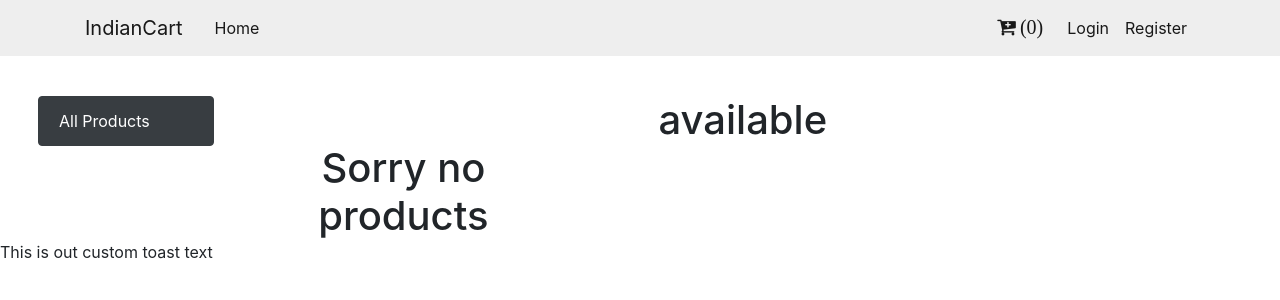
Repository: neerajchavan/E-Commerce-Project
Page: http://localhost/E-Commerce-Project/index.jsp?category=all
These files come from the project's save history. The page is drawn as it stood at one moment and after the next save; the edit follows.
The browser window is 1280 px wide. The pictures show the whole page.
Some web libraries are served in a nearby version. The page is served by Tomcat 9. Other server files are loaded and not shown. Queries for data that is not in the repository find no rows.

Above is the page before, as saved 2020-10-24 04:57:48.

### E-Commerce-Project/WebContent/index.jsp
<%@ page language="java" contentType="text/html; charset=UTF-8"
	pageEncoding="UTF-8"%>
<%@page import="com.IndianCart.Model.*"%>
<%@page import="com.IndianCart.Dao.ProductDao"%>
<%@page import="com.IndianCart.Dao.CategoryDao"%>
<%@page import="com.IndianCart.Helper.*"%>
<%@page import="java.util.List"%>
<!DOCTYPE html>
<html>

<head>
<meta charset="UTF-8">
<title>Insert title here</title>
<%@include file="Components/Common_JS_CSS.jsp"%>

</head>

<body>
	<%@include file="Components/navbar.jsp"%>
	<div class="container-fluid">
		<div class="row mt-3 mx-2">

			<%
				String cat = request.getParameter("category");

				List<CategoryBean> catList = CategoryDao.getCategory();
				List<ProductBean> product = null;

				if (cat == null || cat.trim().equals("all")) {
					product = ProductDao.getAllProducts();
				} else {
					product = ProductDao.getProductsById(Integer.parseInt(cat.trim()));
				}
			%>

			<!-- Categories -->
			<div class="col-md-2">

				<div class="list-group mt-4">
					<a href="index.jsp?category=all"
						class="list-group-item list-group-item-action list-group-item-secondary <%if (cat == null || cat.trim().equals("all")) {%>active<%}%>">
						All Products </a>

					<%
						for (CategoryBean category : catList) {
					%>
					<a href="index.jsp?category=<%=category.getCategoryId()%>"
						class="list-group-item list-group-item-action list-group-item-secondary

						<%boolean b = CategoryActiveHelper.setActiveClass(cat, category.getCategoryId());
						if(b){%>active<%}%>

						">
						<%=category.getCategoryTitle()%>
					</a>
					<%
						}
					%>

				</div>


			</div>


			<!-- Products -->
			<div class="col-md-10">
				<div class="row mt-4">
					<div class="col-md-12">
						<div class="card-columns">
							<%
								if (product.size() == 0) {
									out.println("<h1 class='text-center mt-5'>Sorry no products available</h1>");
								}
							%>


							<%
								for (ProductBean prod : product) {
							%>

							<div class="card">

								<div class="container text-center">
									<img class="card-img-top m-2"
										style="max-height: 140px; max-width: 100%; width: auto;"
										src="Images/Products-img/<%=prod.getProdPic()%>"
										alt="Product Image">
								</div>


								<div class="card-body">
									<h5 class="card-title"><%=prod.getProdTitle()%></h5>
									<p class="card-text"><%=TenWordsHelper.getTenWords(prod.getProdDescription())%></p>
								</div>

								<div class="card-footer">
									<button class="btn btn-outline-secondary"
									onclick="add_to_cart(<%=prod.getProdId()%>,'<%= prod.getProdTitle()%>',<%=prod.getProdPrice()%>)">
										Add to Cart
									</button>
									<button class="btn custom-bg">
										₹<%=prod.getProdPrice()%>/-
									</button>
								</div>
							</div>

							<%
								}
							%>
						</div>
					</div>
				</div>


			</div>

		</div>
	</div>

	<%@include file="Components/Common_Modals.jsp" %>
</body>

</html>

### E-Commerce-Project/WebContent/Components/Common_JS_CSS.jsp
<!-- CSS -->
<link rel="stylesheet" href="https://maxcdn.bootstrapcdn.com/bootstrap/4.0.0/css/bootstrap.min.css" integrity="sha384-Gn5384xqQ1aoWXA+058RXPxPg6fy4IWvTNh0E263XmFcJlSAwiGgFAW/dAiS6JXm" crossorigin="anonymous">
<link rel="stylesheet" href="https://stackpath.bootstrapcdn.com/font-awesome/4.7.0/css/font-awesome.min.css" integrity="sha384-wvfXpqpZZVQGK6TAh5PVlGOfQNHSoD2xbE+QkPxCAFlNEevoEH3Sl0sibVcOQVnN" crossorigin="anonymous">
<link rel="stylesheet" href="CSS/Style.css">

<!-- BOOTSTRAP -->
<script src="https://code.jquery.com/jquery-3.5.1.min.js" integrity="sha256-9/aliU8dGd2tb6OSsuzixeV4y/faTqgFtohetphbbj0=" crossorigin="anonymous"></script>
<script src="https://cdnjs.cloudflare.com/ajax/libs/popper.js/1.12.9/umd/popper.min.js" integrity="sha384-ApNbgh9B+Y1QKtv3Rn7W3mgPxhU9K/ScQsAP7hUibX39j7fakFPskvXusvfa0b4Q" crossorigin="anonymous"></script>
<script src="https://maxcdn.bootstrapcdn.com/bootstrap/4.0.0/js/bootstrap.min.js" integrity="sha384-JZR6Spejh4U02d8jOt6vLEHfe/JQGiRRSQQxSfFWpi1MquVdAyjUar5+76PVCmYl" crossorigin="anonymous"></script>

<!-- JS -->
<script src="JS/Script.js"></script>

### E-Commerce-Project/WebContent/Components/navbar.jsp
<%@page import="com.IndianCart.Model.UserBean"%>


<%
	UserBean ub1 = (UserBean) session.getAttribute("current-user");
%>



<nav class="navbar navbar-expand-lg navbar-light custom-bg">
	<div class="container">
		<a class="navbar-brand" href="index.jsp">IndianCart</a>
		<button class="navbar-toggler" type="button" data-toggle="collapse"
			data-target="#navbarSupportedContent"
			aria-controls="navbarSupportedContent" aria-expanded="false"
			aria-label="Toggle navigation">
			<span class="navbar-toggler-icon"></span>
		</button>

		<div class="collapse navbar-collapse" id="navbarSupportedContent">
			<ul class="navbar-nav mr-auto ml-2">
				<li class="nav-item active"><a class="nav-link"
					href="index.jsp">Home <span class="sr-only">(current)</span>
				</a></li>

				<!-- <li class="nav-item dropdown"><a
					class="nav-link dropdown-toggle" href="#" id="navbarDropdown"
					role="button" data-toggle="dropdown" aria-haspopup="true"
					aria-expanded="false"> Categories </a>
					<div class="dropdown-menu" aria-labelledby="navbarDropdown">
						<a class="dropdown-item" href="#">Action</a> <a
							class="dropdown-item" href="#">Another action</a>
						<div class="dropdown-divider"></div>
						<a class="dropdown-item" href="#">Something else here</a>
					</div></li> -->

			</ul>

			<ul class="navbar-nav ml-auto">

				<li class="nav-item active"><a class="nav-link" href="#"> <i
						class="fa fa-cart-plus" data-toggle="modal" data-target="#cart"
						style="font-size: 20px;"><span class="mr-2 ml-1 cart-items">(0)</span></i>
				</a></li>

				<%
					if (ub1 == null) {
				%>

				<li class="nav-item active"><a class="nav-link"
					href="Login.jsp">Login</a></li>

				<li class="nav-item active"><a class="nav-link"
					href="Registration.jsp">Register</a></li>
				<%
					} else {
				%>

				<li class="nav-item active"><a class="nav-link"
					href="<%=ub1.getUserType().equals("Admin") ? "Admin.jsp" : "User.jsp"%>"><%=ub1.getUserName()%></a></li>

				<li class="nav-item active"><a class="nav-link"
					href="LogoutServlet">Logout</a></li>
				<%
					}
				%>

			</ul>
		</div>
	</div>
</nav>

### E-Commerce-Project/WebContent/Components/Common_Modals.jsp

<!-- Modal -->
<div class="modal fade" id="cart" tabindex="-1" aria-labelledby="exampleModalLabel" aria-hidden="true">
  <div class="modal-dialog modal-lg">
    <div class="modal-content">
      <div class="modal-header">
        <h5 class="modal-title" id="exampleModalLabel">Your Cart</h5>
        <button type="button" class="close" data-dismiss="modal" aria-label="Close">
          <span aria-hidden="true">&times;</span>
        </button>
      </div>
      <div class="modal-body">
        <div class="cart-body"></div>
      </div>
      <div class="modal-footer">
        <button type="button" class="btn btn-secondary checkout-btn" data-dismiss="modal" onclick="goToCheckout()">Checkout</button>
        <button type="button" class="btn btn-primary" data-dismiss="modal">Close</button>
      </div>
    </div>
  </div>
</div>


<div id="toast">This is out custom toast text</div>

### E-Commerce-Project/src/com/IndianCart/Dao/CategoryDao.java
package com.IndianCart.Dao;
import java.sql.*;
import java.util.ArrayList;
import java.util.List;

import com.IndianCart.Model.CategoryBean;;

public class CategoryDao {

	public static List<CategoryBean> getCategory(){
		List<CategoryBean> list = new ArrayList<CategoryBean>();

		Connection con;
		String query = "select * from Category";

		try {
			Class.forName("com.mysql.jdbc.Driver");
			con = DriverManager.getConnection("jdbc:mysql://localhost/E-Commerce-Project","root","root1234");
			PreparedStatement st = con.prepareStatement(query);
			ResultSet rs = st.executeQuery();

			while(rs.next())
			{
			 CategoryBean cb = new CategoryBean();
//			 int checkCid = rs.getInt("cId");
//			 if(checkCid == 0)
			 cb.setCategoryId(rs.getInt("cId"));
			 cb.setCategoryTitle(rs.getString("cTitle"));

			 list.add(cb);
			}
		}
		catch(Exception e)
		{
			e.printStackTrace();
		}

		return list;
	}

}

### E-Commerce-Project/src/com/IndianCart/Dao/ProductDao.java
package com.IndianCart.Dao;

import java.sql.Connection;
import java.sql.DriverManager;
import java.sql.PreparedStatement;
import java.sql.ResultSet;
import java.sql.Statement;
import java.util.ArrayList;
import java.util.List;

import com.IndianCart.Model.ProductBean;

public class ProductDao {

	public static int addProduct(ProductBean pb) {
		int i = 0;
		String query = "insert into Product values(?,?,?,?,?,?,?)";
		Connection con;
		try {
			Class.forName("com.mysql.cj.jdbc.Driver");
			con = DriverManager.getConnection("jdbc:mysql://localhost/E-Commerce-Project", "root", "root1234");

			PreparedStatement ps = con.prepareStatement(query);
			ps.setString(1, null);
			ps.setInt(2, pb.getpCategoryID());
			ps.setString(3, pb.getProdTitle());
			ps.setString(4, pb.getProdDescription());
			ps.setString(5, pb.getProdPic());
			ps.setInt(6, pb.getProdPrice());
			ps.setInt(7, pb.getProdQty());

			i = ps.executeUpdate();
		}

		catch (Exception e) {
			e.printStackTrace();
		}

		return i;
	}

	public static List<ProductBean> getAllProducts() {
		List<ProductBean> list = new ArrayList<ProductBean>();
		Connection con;
		String query = "select * from Product";

		try {
			Class.forName("com.mysql.jdbc.Driver");
			con = DriverManager.getConnection("jdbc:mysql://localhost/E-Commerce-Project", "root", "root1234");
			Statement st = con.createStatement();
			ResultSet rs = st.executeQuery(query);

			while (rs.next()) {
				ProductBean pb = new ProductBean();
				pb.setProdId(rs.getInt("pID"));
				pb.setpCategoryID(rs.getInt("ccID"));
				pb.setProdTitle(rs.getString("pTitle"));
				pb.setProdDescription(rs.getString("pDesc"));
				pb.setProdPic(rs.getString("pPhoto"));
				pb.setProdPrice(rs.getInt("pPrice"));
				pb.setProdQty(rs.getInt("pQty"));

				list.add(pb);

			}

		} catch (Exception e) {
			e.printStackTrace();
		}

		return list;
	}


	public static List<ProductBean> getProductsById(int cId) {
		List<ProductBean> list = new ArrayList<ProductBean>();
		Connection con;
		String query = "select * from Product where ccID=?";

		try {
			Class.forName("com.mysql.jdbc.Driver");
			con = DriverManager.getConnection("jdbc:mysql://localhost/E-Commerce-Project", "root", "root1234");
			PreparedStatement ps = con.prepareStatement(query);
			ps.setInt(1, cId);
			ResultSet rs = ps.executeQuery();

			while (rs.next()) {
				ProductBean pb = new ProductBean();
				pb.setProdId(rs.getInt("pID"));
				pb.setpCategoryID(rs.getInt("ccID"));
				pb.setProdTitle(rs.getString("pTitle"));
				pb.setProdDescription(rs.getString("pDesc"));
				pb.setProdPic(rs.getString("pPhoto"));
				pb.setProdPrice(rs.getInt("pPrice"));
				pb.setProdQty(rs.getInt("pQty"));

				list.add(pb);

			}

		} catch (Exception e) {
			e.printStackTrace();
		}

		return list;
	}

}

### E-Commerce-Project/WebContent/CSS/Style.css
.custom-bg {
	background:#eeeeee;
}

.custom-bg-200{
	background:#929aab;
}


/*Login Page*/

.login-text h3{
	color:#393e46;
}

.login-text{
	color:#393e46;
}

.login-text:hover{
	background:#929aab;
}


/* Admin Page */

.admin-img{
 max-width : 10px;
 height: 100px;
}

.admin .card{
	border: 1px solid #929aab;
}

.admin .card:hover{
	box-shadow : 0 8px 50px grey;
	transform : scale(1.05);
	cursor : pointer;
	transition : 0.3s;
}

/* Show Products & Categories */
.list-group-item .active{
	background:red;
}

### E-Commerce-Project/WebContent/JS/Script.js
function add_to_cart(pId, pName, pPrice){

	let cart = localStorage.getItem("cart");

	if(cart == null){
		let products = [];
		let product  = {productId : pId, productName : pName, productQty : 1, productPrice : pPrice};
		products.push(product);
		localStorage.setItem("cart", JSON.stringify(products));
		//console.log("Product added for first time!");
		showToast(oldProduct.productName+" is added to cart, Qty = " + oldProduct.productQty);


	}
	else{
		let pCart = JSON.parse(cart);
		let oldProduct = pCart.find((item) => item.productId == pId);
		console.log(oldProduct);
		if(oldProduct){
			// we have to increase the quantity
			oldProduct.productQty = oldProduct.productQty + 1;
			pCart.map((item) => {
				if(item.productId == oldProduct.productId){
					item.productQty = oldProduct.productQty;
				}
			})

			localStorage.setItem("cart", JSON.stringify(pCart));
			//console.log("Product quantity is increased!");
			showToast(oldProduct.productName + " Quantity is increased, Qty = " + oldProduct.productQty);



		}
		else{
			// we have to add the product
			let product  = {productId : pId, productName : pName, productQty : 1, productPrice : pPrice};
			pCart.push(product);
			localStorage.setItem("cart", JSON.stringify(pCart));
			//console.log("Product added!");
			showToast(" Product is added to cart");


		}
	}
	updateCart();
}

// Update Cart

function updateCart(){
	let cartString = localStorage .getItem("cart");
	let cart = JSON.parse(cartString);

	if(cart == null || cart.length == 0){
		console.log("Cart is empty!");
		$(".cart-items").html("(0)");
		$(".cart-body").html("<h3>Cart does not have any items</h3>");
		$(".checkout-btn").attr('disabled',true);
	}
	else{
		// there is something in cart to show
		console.log(cart);
		$(".cart-items").html(`(${cart.length})`);

		let table = `

		<table class="table">
			<thead class="thead-light">
				<tr>
					<th>Item Name</th>
					<th>Price</th>
					<th>Quantity</th>
					<th>Total Price</th>
					<th>Action</th>
				</tr>
			</thead>

		`;

		let totalPrice = 0;
		cart.map((item) => {

			table+= `<tr>
						<td>${item.productName}</td>
						<td>${item.productPrice}</td>
						<td>${item.productQty}</td>
						<td>${item.productQty * item.productPrice}</td>
						<td><button onclick='deleteItemFromCart(${item.productId})' class="btn btn-danger btn-sm">Remove</button></td>
					 </tr>
			`

			totalPrice += item.productPrice * item.productQty;
		})

		table = table + `
		<tr><td colspan='5' class="text-right font-weight-bold">Total Price : ${totalPrice}</td></tr>
		</table>`;
		$(".cart-body").html(table);

		$(".checkout-btn").attr('disabled',false);


	}

}

function deleteItemFromCart(pId){
	let cart = JSON.parse(localStorage.getItem('cart'));
	let newCart = cart.filter((item) => item.productId != pId)

	localStorage.setItem('cart',JSON.stringify(newCart));

	updateCart();
	showToast("Item is removed from cart");

}

$(document).ready(function(){
	updateCart();
})


function showToast(content){
	$("#toast").addClass('display');
	$("#toast").html(content);

	setTimeout(() => {
		$("#toast").removeClass('display');
	}, 2000);
}


function goToCheckout(){
	window.location = "Checkout.jsp";
}

After the next save:
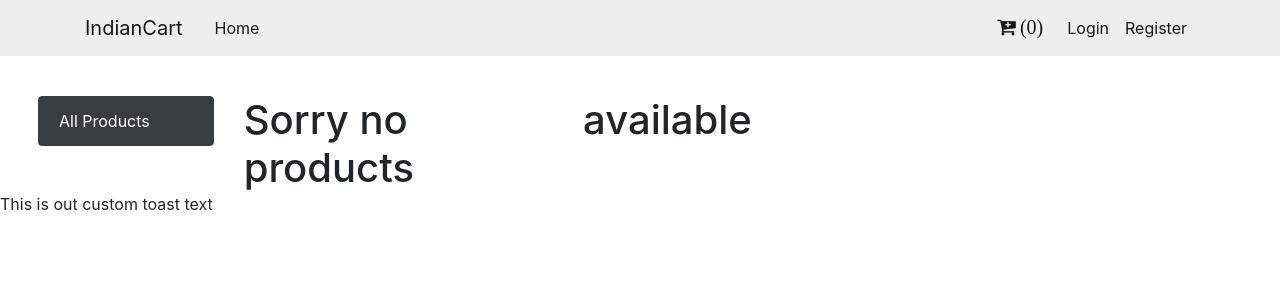
Saved 9 s later.
--- a/E-Commerce-Project/WebContent/index.jsp
+++ b/E-Commerce-Project/WebContent/index.jsp
@@ -70,7 +70,7 @@
 						<div class="card-columns">
 							<%
 								if (product.size() == 0) {
-									out.println("<h1 class='text-center mt-5'>Sorry no products available</h1>");
+									out.println("<h1>Sorry no products available</h1>");
 								}
 							%>
 
